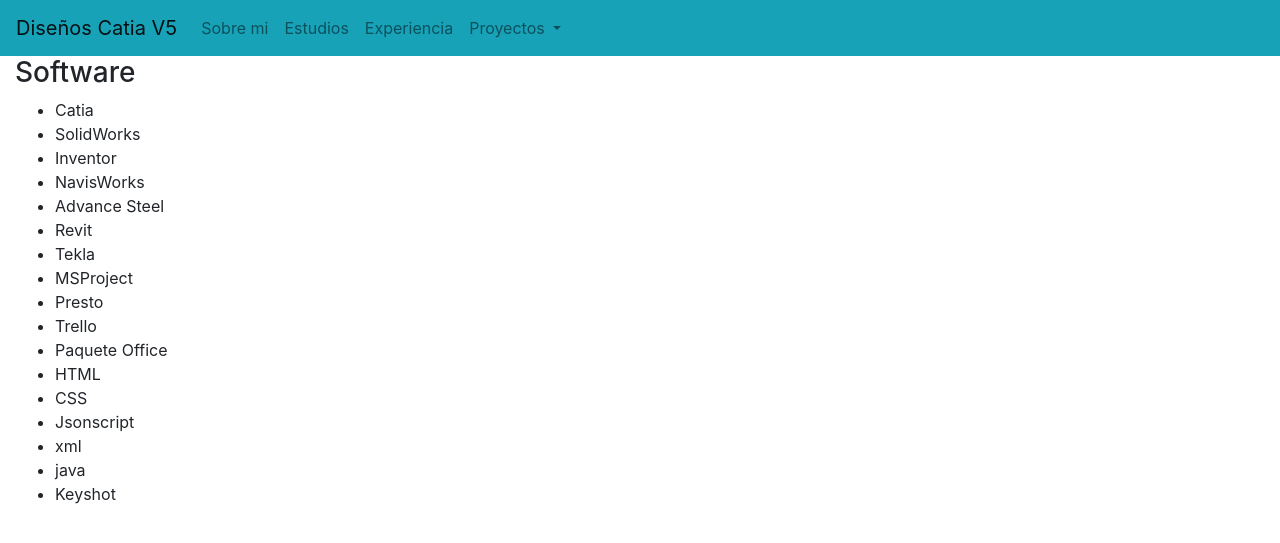
Repository: Hrotgarion1/jose
Page: catia.html
An editor plug-in stored every save of this project. The page is shown before and after the next save, followed by the edit.
The browser window is 1280 px wide. The pictures show the whole page.

Above is the page before, as saved 2020-09-30 10:58:59.

### catia.html
<!DOCTYPE html>
<html lang="en">
<head>
    <meta charset="UTF-8">
    <meta name="viewport" content="width=device-width, user-scalable=no, initial-scale=1.0, maximum-scale=1.0, minimum-scale=1.0">
    <title>josenunez.eu</title>
    <meta name="jose p nunez" content="">
    <link rel="stylesheet" href="css/bootstrap.min.css">
    <!-- Favicon -->
    <link rel="shortcut icon" href="img/LogoPuntaDeLanza.png">
</head>
<body>
    <!--Navegador responsive de la web-->
    <nav class="navbar navbar-expand-lg navbar-light bg-info">
        <a class="navbar-brand" href="../jose/index.html">Diseños Catia V5</a>
        <button class="navbar-toggler" type="button" data-toggle="collapse" data-target="#navbarNavDropdown" aria-controls="navbarNavDropdown" aria-expanded="false" aria-label="Toggle navigation">
          <span class="navbar-toggler-icon"></span>
        </button>

        <div class="collapse navbar-collapse" id="navbarNavDropdown">
          <ul class="navbar-nav">
            <li class="nav-item">
              <a class="nav-link" href="../jose/index.html#sobre">Sobre mi <span class="sr-only">(current)</span></a>
            </li>
            <li class="nav-item">
              <a class="nav-link" href="../jose/index.html#cv">Estudios</a>
            </li>
            <li class="nav-item">
              <a class="nav-link" href="../jose/index.html#exp">Experiencia</a>
            </li>
            <li class="nav-item dropdown">
              <a class="nav-link dropdown-toggle" href="#" id="navbarDropdownMenuLink" role="button" data-toggle="dropdown" aria-haspopup="true" aria-expanded="false">
                Proyectos
              </a>
              <div class="dropdown-menu bg-info" aria-labelledby="navbarDropdownMenuLink">
                <a class="dropdown-item" href="../jose/solid.html">Diseños con SolidWorks</a>
                <a class="dropdown-item" href="../jose/projects.html">Proyectos de construcción dirigidos</a>
                <a class="dropdown-item" href="../jose/video.html">Videos</a>
              </div>
            </li>
          </ul>
        </div>
      </nav>

      <!--Imagen principal-->


   <aside class="col-xs-12 col-sm-6 col-md-6 col-lg-6">

        <h3>Software</h3>
        <ul>
          <li>Catia</li>
          <li>SolidWorks</li>
          <li>Inventor</li>
          <li>NavisWorks</li>
          <li>Advance Steel</li>
          <li>Revit</li>
          <li>Tekla</li>
          <li>MSProject</li>
          <li>Presto</li>
          <li>Trello</li>
          <li>Paquete Office</li>
          <li>HTML</li>
          <li>CSS</li>
          <li>Jsonscript</li>
          <li>xml</li>
          <li>java</li>
          <li>Keyshot</li>

        </ul>
 </aside>

    <script src="js/jquery-3.5.1.min.js"></script>
    <script src="js/bootstrap.min.js"></script>



</body>
</html>

Loaded but not shown: css/bootstrap.min.css (library); js/jquery-3.5.1.min.js (library); js/bootstrap.min.js (library)

After the next save:
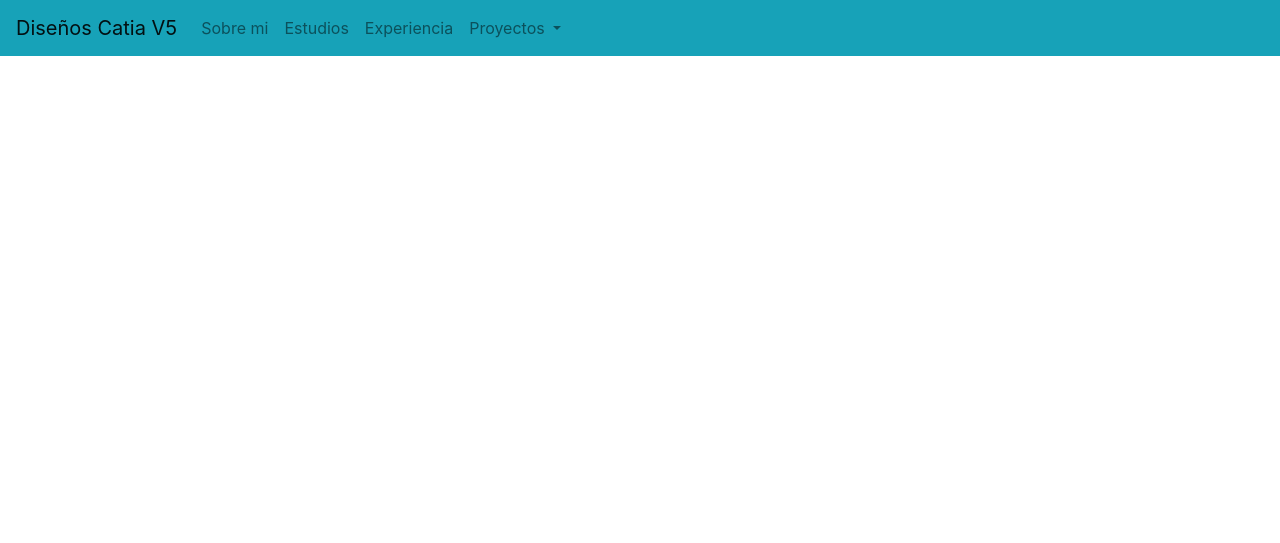
Saved 2 min 13 s later.
--- a/catia.html
+++ b/catia.html
@@ -45,30 +45,7 @@
       <!--Imagen principal-->
 
 
-   <aside class="col-xs-12 col-sm-6 col-md-6 col-lg-6">
 
-        <h3>Software</h3>
-        <ul>
-          <li>Catia</li>
-          <li>SolidWorks</li>
-          <li>Inventor</li>
-          <li>NavisWorks</li>
-          <li>Advance Steel</li>
-          <li>Revit</li>
-          <li>Tekla</li>
-          <li>MSProject</li>
-          <li>Presto</li>
-          <li>Trello</li>
-          <li>Paquete Office</li>
-          <li>HTML</li>
-          <li>CSS</li>
-          <li>Jsonscript</li>
-          <li>xml</li>
-          <li>java</li>
-          <li>Keyshot</li>
-
-        </ul>
- </aside>
 
     <script src="js/jquery-3.5.1.min.js"></script>
     <script src="js/bootstrap.min.js"></script>
